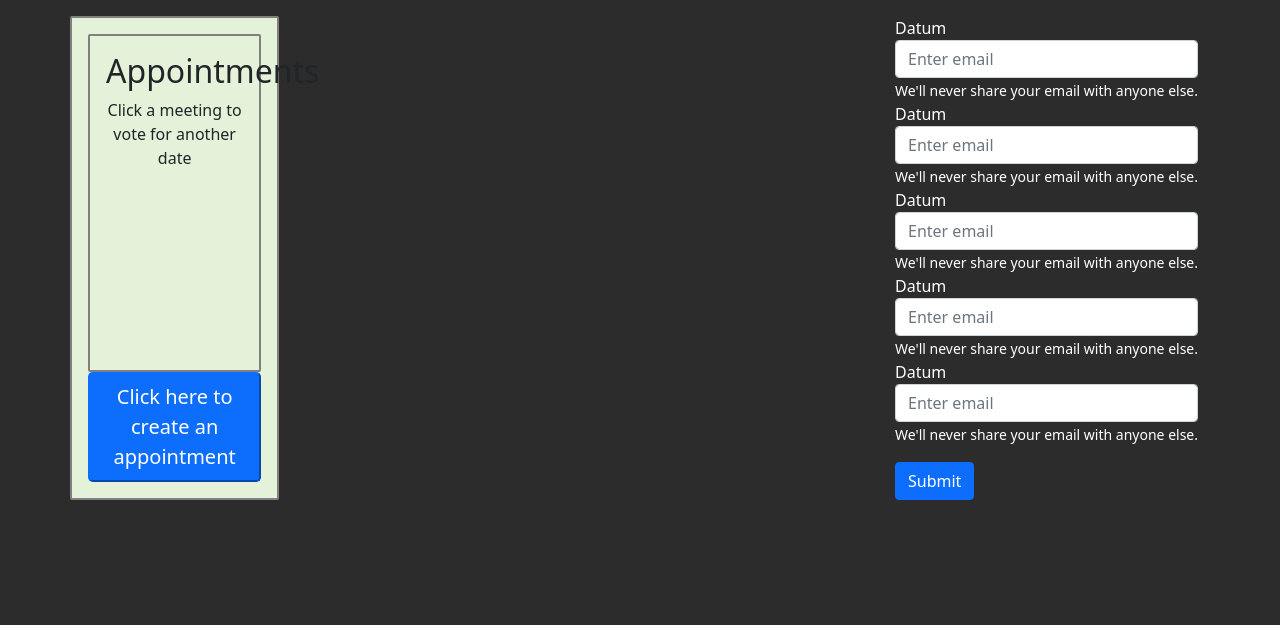
Repository: wlichon/Semesterprojekt
Page: index.html
These files come from the project's save history. The page is drawn as it stood at one moment and after the next save; the edit follows.
The browser window is 1280 px wide. The pictures show the whole page.
The page's requests for data from a server got no answer. Some web libraries are served in a nearby version.

Above is the page before, as saved 2022-04-22 20:45:01.

After the next save:
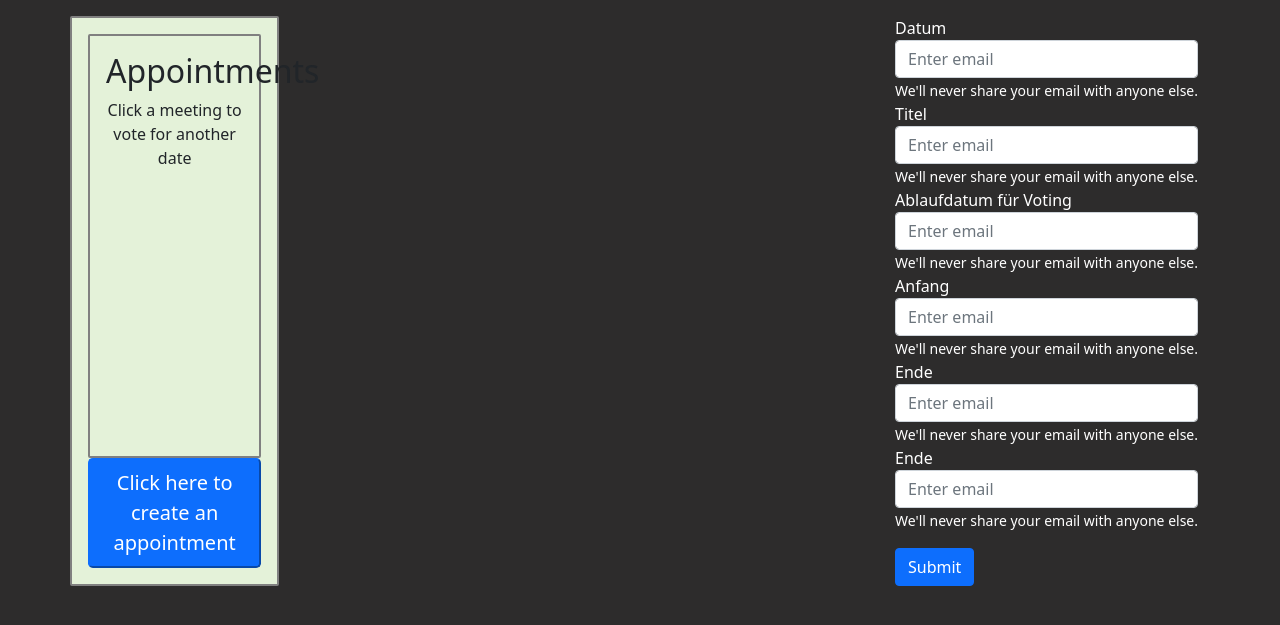
Saved 44 s later.
--- a/index.html
+++ b/index.html
@@ -87,25 +87,30 @@
               <small id="emailHelp" class="form-text text-white">We'll never share your email with anyone else.</small>
             </div>
             <div class="form-group">
-                <label for="exampleInputEmail1" class ="text-white">Datum</label>
+                <label for="exampleInputEmail1" class ="text-white">Titel</label>
                 <input type="email" class="form-control" id="exampleInputEmail1" aria-describedby="emailHelp" placeholder="Enter email">
                 <small id="emailHelp" class="form-text text-white">We'll never share your email with anyone else.</small>
-              </div>
+            </div>
               <div class="form-group">
-                <label for="exampleInputEmail1" class ="text-white">Datum</label>
+                <label for="exampleInputEmail1" class ="text-white">Ablaufdatum für Voting</label>
                 <input type="email" class="form-control" id="exampleInputEmail1" aria-describedby="emailHelp" placeholder="Enter email">
                 <small id="emailHelp" class="form-text text-white">We'll never share your email with anyone else.</small>
-              </div>
+            </div>
               <div class="form-group">
-                <label for="exampleInputEmail1" class ="text-white">Datum</label>
+                <label for="exampleInputEmail1" class ="text-white">Anfang</label>
                 <input type="email" class="form-control" id="exampleInputEmail1" aria-describedby="emailHelp" placeholder="Enter email">
                 <small id="emailHelp" class="form-text text-white">We'll never share your email with anyone else.</small>
-              </div>
+            </div>
               <div class="form-group">
-                <label for="exampleInputEmail1" class ="text-white">Datum</label>
+                <label for="exampleInputEmail1" class ="text-white">Ende</label>
                 <input type="email" class="form-control" id="exampleInputEmail1" aria-describedby="emailHelp" placeholder="Enter email">
                 <small id="emailHelp" class="form-text text-white">We'll never share your email with anyone else.</small>
-              </div>
+            </div>
+            <div class="form-group">
+                <label for="exampleInputEmail1" class ="text-white">Ende</label>
+                <input type="email" class="form-control" id="exampleInputEmail1" aria-describedby="emailHelp" placeholder="Enter email">
+                <small id="emailHelp" class="form-text text-white">We'll never share your email with anyone else.</small>
+            </div>
             <button type="submit" class="btn btn-primary mt-3">Submit</button>
           </form>
 
